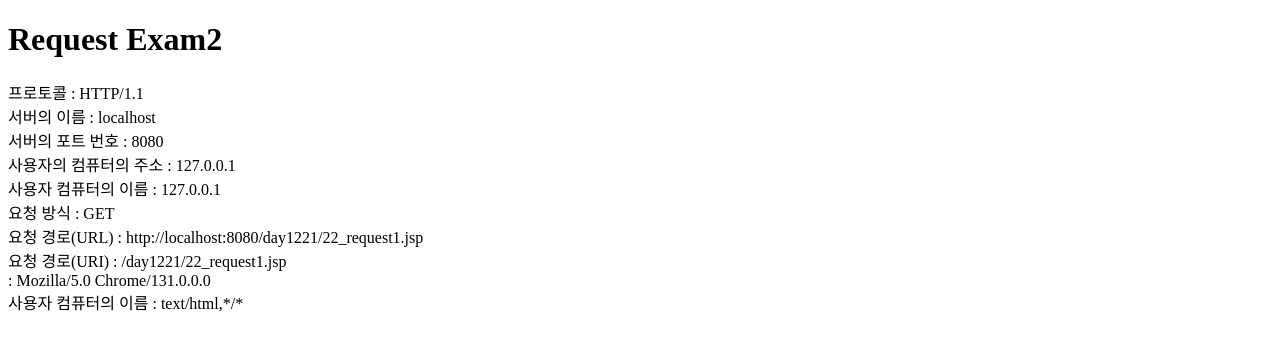
Repository: kimwoongasd/JSPAndServlet
Page: http://localhost/day1221/22_request1.jsp
An editor plug-in stored every save of this project. The page is shown before and after the next save, followed by the edit.
The browser window is 1280 px wide. The pictures show the whole page.
The page is served by Tomcat 9. Other server files are loaded and not shown.

Above is the page before, as saved 2023-12-21 07:24:06.

### day1221/src/main/webapp/22_request1.jsp
<%@ page language="java" contentType="text/html; charset=UTF-8"
    pageEncoding="UTF-8"%>
<!DOCTYPE html>
<html>
<head>
<meta charset="UTF-8">
<title>Insert title here</title>
</head>
<body>
	<%
		// 프로토콜(통신규약)을 읽어온다
		String protocol = request.getProtocol();
		// 서버의 이름을 읽어온다
		String serverNmae = request.getServerName();
		// 포트번호를 읽어온다
		int serverPort = request.getServerPort();
		// 요청한 클라이언트의 ip주소를 가져온다
		String remoteAddr = request.getRemoteAddr();
		// 서버 컴퓨터의 이름을 읽어온다
		String remoteHost = request.getRemoteHost();
		// 서비스 요청방식을 읽어온다
		String method = request.getMethod();
		// 클라이언트가 웹브라우저에 입력한 주소표시줄의 내용을 HTTP부터 모두 읽어온다
		StringBuffer requestURL = request.getRequestURL();
		// 클라이언트가 웹브라우저의 입력한 주소표시줄의 내용중에 컨텍스트명부터 읽어온다
		String requestURI = request.getRequestURI();
		// 클라이언트의 접속한 웹브라우저의 정보를 읽어온다
		String userBrowser = request.getHeader("User-Agent");
		// 클라이언트가 접속한 웹브라우저가 지원가능한 파일타입을 모두 읽어온다
		String fileType = request.getHeader("Accept");
	%>

	<h1>Request Exam2</h1>
	프로토콜 : <%=protocol %><br>
	서버의 이름 : <%=serverNmae %><br>
	서버의 포트 번호 : <%=serverPort %><br>
	사용자의 컴퓨터의 주소 : <%=remoteAddr %><br>
	사용자 컴퓨터의 이름 : <%=remoteHost %><br>
	요청 방식 : <%=method %><br>
	요청 경로(URL) : <%=requestURL %><br>
	요청 경로(URI) : <%=requestURI %><br>
	 : <%=userBrowser %><br>
	사용자 컴퓨터의 이름 : <%=fileType %><br>
</body>
</html>

After the next save:
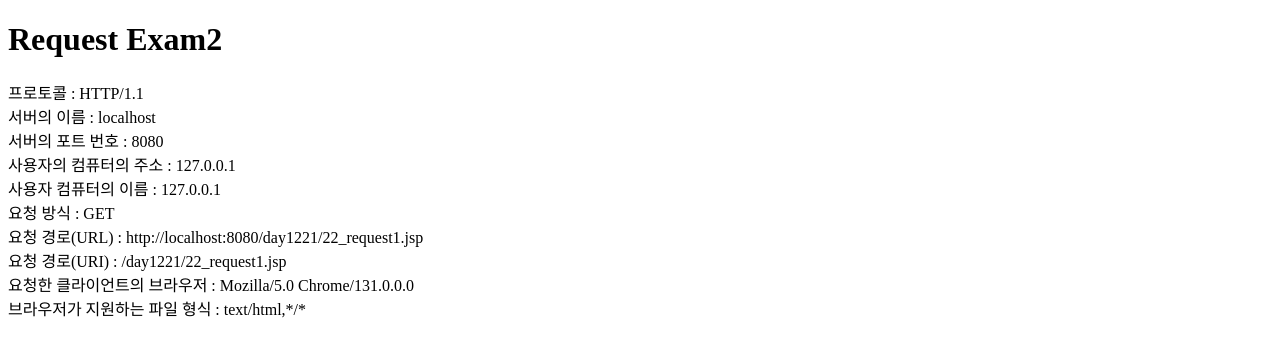
Saved 50 s later.
--- a/day1221/src/main/webapp/22_request1.jsp
+++ b/day1221/src/main/webapp/22_request1.jsp
@@ -39,7 +39,7 @@
 	요청 방식 : <%=method %><br>
 	요청 경로(URL) : <%=requestURL %><br>
 	요청 경로(URI) : <%=requestURI %><br>
-	 : <%=userBrowser %><br>
-	사용자 컴퓨터의 이름 : <%=fileType %><br>
+	요청한 클라이언트의 브라우저 : <%=userBrowser %><br>
+	브라우저가 지원하는 파일 형식 : <%=fileType %><br>
 </body>
 </html>
